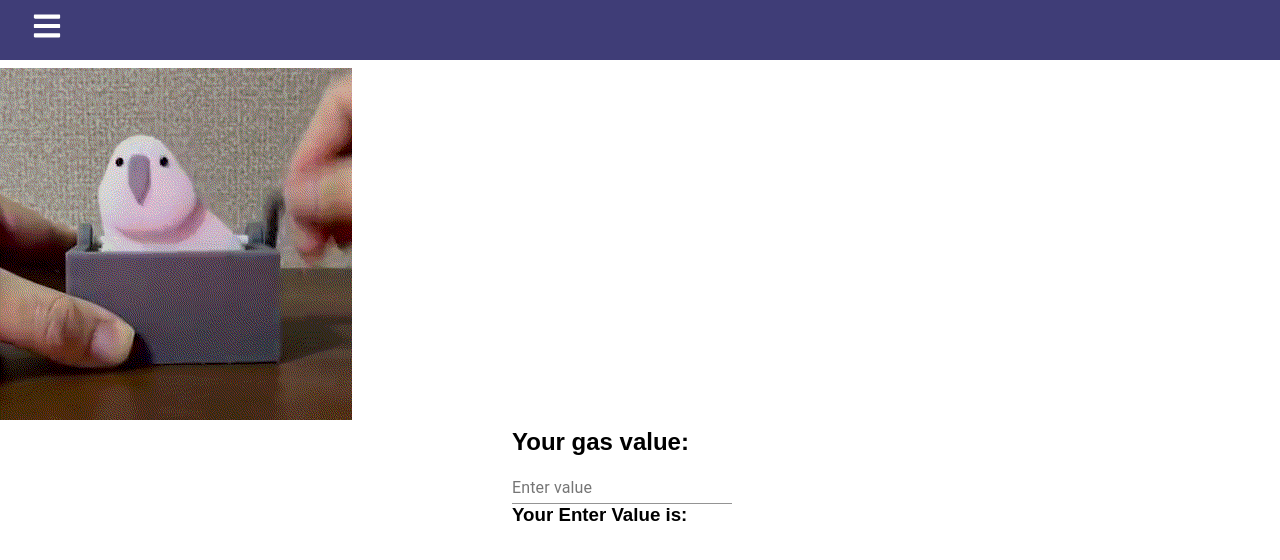
Repository: dcutalo/GasPal
Page: / (app in client/)
These files come from the project's save history. The page is drawn as it stood at one moment and after the next save; the edit follows.
The browser window is 1280 px wide. The pictures show the whole page.
Some web fonts or font styles are not loaded; a fallback is used. The project was rebuilt for these pictures with package versions that can differ from the ones it lists, and the page was loaded fresh each time. Also part of the build but not shown: client/src/pages/triphistory.js, client/src/pages/gasefficiencyreports.js, client/src/pages/userprofile.js.

Above is the page before, as saved 2021-10-05 21:55:59.

After the next save:
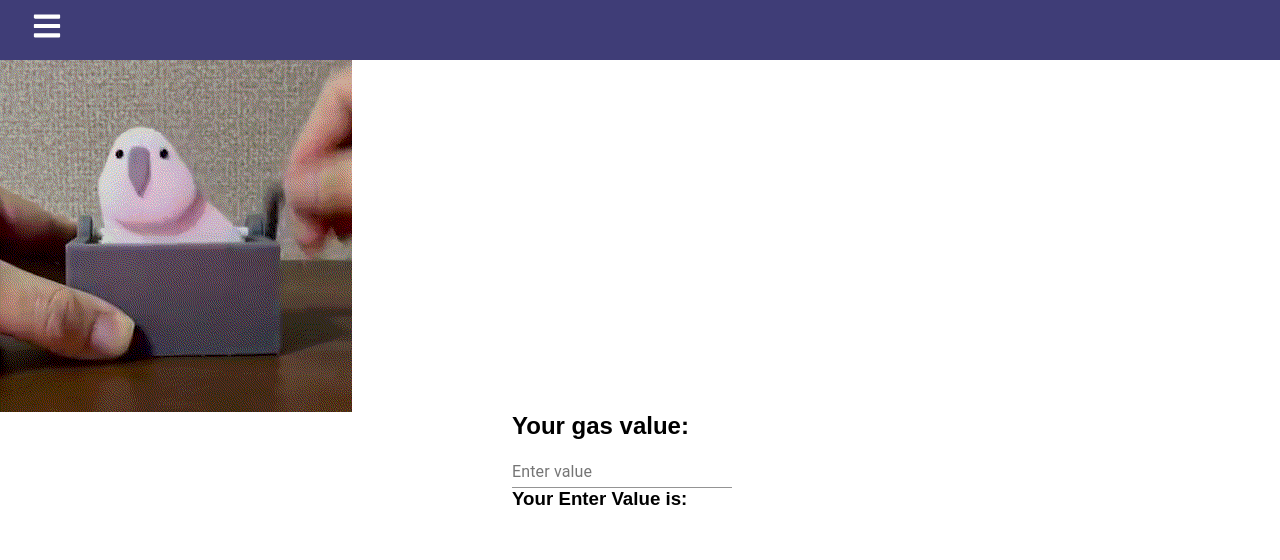
Saved 80 s later.
--- a/client/src/App.css
+++ b/client/src/App.css
@@ -17,6 +17,6 @@
 
 .gif{
   display: flex;
+  justify-content: center;
   align-items: center;
-  padding: 8px 0px;
  }
